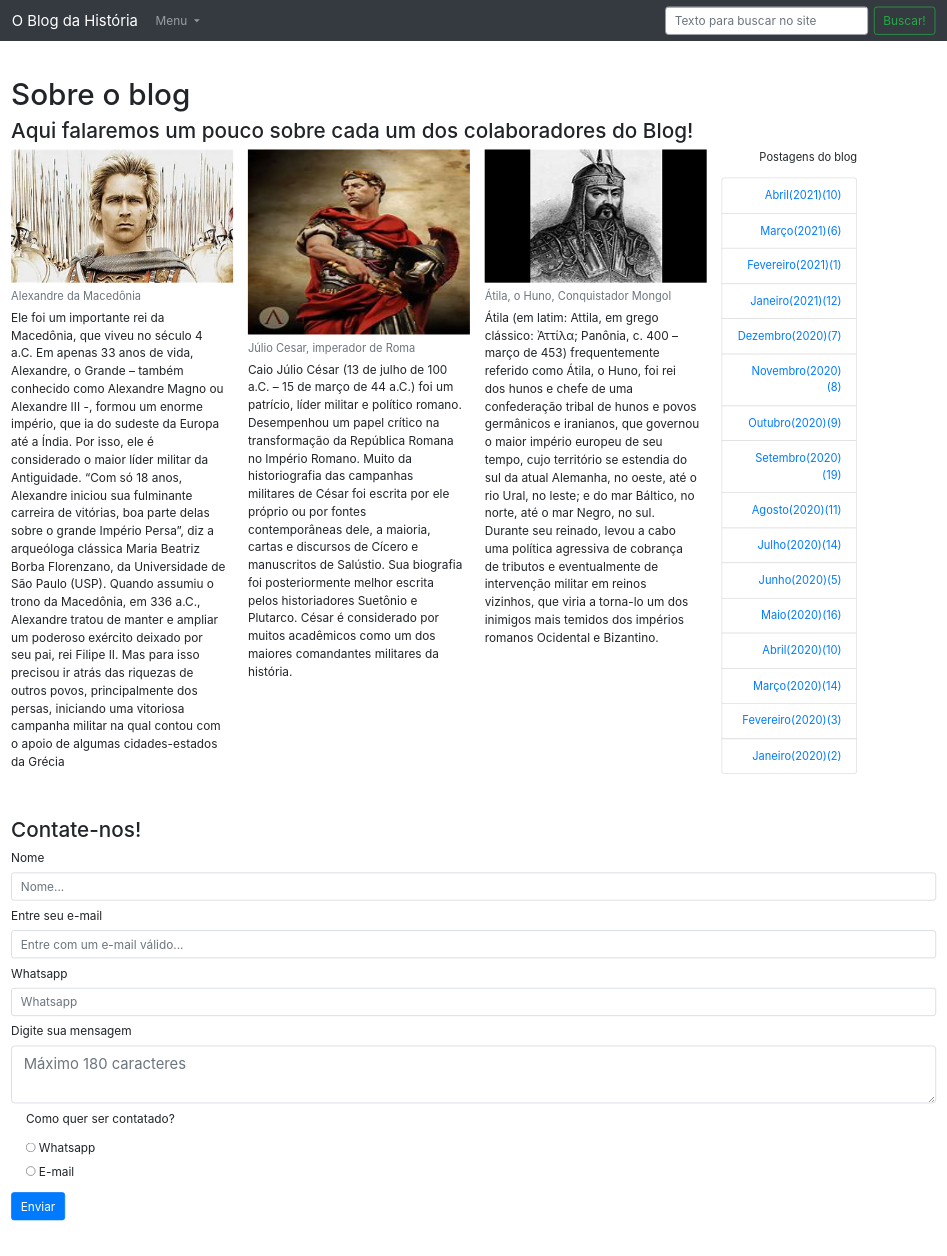
Repository: xhenrique/blog_layout_bootstrap
Page: source/sobre.html
The author's editor kept a copy of each file at every save. The page is drawn from the files as they stood at one save, then again after the next save.
The browser window is 1280 px wide. The pictures show the whole page, at 74% of full size.

Above is the page before, as saved 2021-04-25 03:31:31.

### source/sobre.html
<!DOCTYPE html>
<html lang="pt-br">
  <head>
    <!-- Meta tags Obrigatórias -->
    <meta charset="utf-8">
    <meta name="viewport" content="width=device-width, initial-scale=1, shrink-to-fit=no">

    <!-- Bootstrap CSS -->
    <link rel="stylesheet" href="https://stackpath.bootstrapcdn.com/bootstrap/4.1.3/css/bootstrap.min.css" integrity="sha384-MCw98/SFnGE8fJT3GXwEOngsV7Zt27NXFoaoApmYm81iuXoPkFOJwJ8ERdknLPMO" crossorigin="anonymous">
    <title>O Blog da História</title>
  </head>
  <body>
    <nav class="navbar navbar-expand-md navbar-dark bg-dark sticky-top">
        <a class = "navbar-brand" href="index.html">O Blog da História</a>

        <!--Especificações do que é cada um dos atributos!!!!!
            "aria-controls": define a relação entre os elementos, um elemento é pai e o outro filho, deve ser definido no pai, relacionando o filho;
            "data-target" : Define o que será exibido quando clicar na opção do menu;
            "data-toggle" : o que vai acontecer quando eu clicar em cima do botão, collapse, por exemplo, faz o botão expandir e retrair as opções;
            "aria-expanded" : Flag para o navegador informando que o elemento não está expandido;
            "aria-label" : é usado para definir uma string na tag do elemento atual.
        -->
        <button class="navbar-toggler" type="button" data-toggle="collapse" data-target="#navbarCfg" aria-controls="navbarCfg">
            <span class="navbar-toggler-icon"></span>
        </button>
        <div class="collapse navbar-collapse" id="navbarCfg">
            <ul class="navbar-nav mr-auto">
                <a class="nav-link dropdown-toggle" href="#" id="navbarDropdown" role="button" data-toggle="dropdown" aria-haspopup="true" aria-expanded="false">
                Menu
                </a>
                <div class="dropdown-menu" aria-labelledby="navbarDropdown">
                <a class="dropdown-item" href="index.html">Início</a>
                <a class="dropdown-item" href="sobre.html">Sobre</a>
                <a class="dropdown-item" href="posts.html">Postagens</a>
                <div class="dropdown-divider"></div>
                <p style="text-align: left; padding-left: 10px;"> Criado por: <br/>José Xavier<br/>UFPA - 2021</p>
                </div>
            </ul>
            <form class="form-inline my-2 my-lg-0">
            <input class="form-control mr-sm-2" type="search" placeholder="Texto para buscar no site" aria-label="Search">
            <button class="btn btn-outline-success my-2 my-sm-0" type="submit">Buscar!</button>
            </form>
        </div>
    </nav>

    <div class="container-fluid" id="sobreContainer">
        <div id="sobre_o_blog" class="text-left">
            <br/>
            <br/>
            <h1>Sobre o blog</h1>
            <h3>Aqui falaremos um pouco sobre cada um dos colaboradores do Blog!</h3>
        </div>
        <div class="row d-flex">
            <div class="col-md-3">
                <img class="figure-img" src="../img/alexandre.jpg" alt="Xandão"  style="height: 180px; width: 300px">
                <figcaption class="figure-caption" style="font-size: 15px; margin-bottom: 5px;">
                    Alexandre da Macedônia
                </figcaption>
                <p>Ele foi um importante rei da Macedônia, que viveu no século 4 a.C. Em apenas 33 anos de vida, Alexandre, o Grande – também conhecido como Alexandre Magno ou Alexandre III -, formou um enorme império, que ia do sudeste da Europa até a Índia. Por isso, ele é considerado o maior líder militar da Antiguidade. “Com só 18 anos, Alexandre iniciou sua fulminante carreira de vitórias, boa parte delas sobre o grande Império Persa”, diz a arqueóloga clássica Maria Beatriz Borba Florenzano, da Universidade de São Paulo (USP). Quando assumiu o trono da Macedônia, em 336 a.C., Alexandre tratou de manter e ampliar um poderoso exército deixado por seu pai, rei Filipe II. Mas para isso precisou ir atrás das riquezas de outros povos, principalmente dos persas, iniciando uma vitoriosa campanha militar na qual contou com o apoio de algumas cidades-estados da Grécia</p>
            </div>
            <div class="col-md-3">
                <img class="figure-img" src="../img/th.jfif" alt="imperador" style="height: 250px; width: 300px">
                <figcaption class="figure-caption" style="font-size: 15px; margin-bottom: 5px;">
                    Júlio Cesar, imperador de Roma
                </figcaption>
                <p>Caio Júlio César (13 de julho de 100 a.C. – 15 de março de 44 a.C.) foi um patrício, líder militar e político romano. Desempenhou um papel crítico na transformação da República Romana no Império Romano. Muito da historiografia das campanhas militares de César foi escrita por ele próprio ou por fontes contemporâneas dele, a maioria, cartas e discursos de Cícero e manuscritos de Salústio. Sua biografia foi posteriormente melhor escrita pelos historiadores Suetônio e Plutarco. César é considerado por muitos acadêmicos como um dos maiores comandantes militares da história.</p>
            </div>
            <div class="col-md-3">
                <img class="figure-img" src="../img/atila.jpg" alt="o_huno" style="height: 180px; width: 300px">
                <figcaption class="figure-caption" style="font-size: 15px; margin-bottom: 5px;">
                        Átila, o Huno, Conquistador Mongol
                </figcaption>
                <p>Átila (em latim: Attila, em grego clássico: Ἀττίλα; Panônia, c. 400 – março de 453) frequentemente referido como Átila, o Huno, foi rei dos hunos e chefe de uma confederação tribal de hunos e povos germânicos e iranianos, que governou o maior império europeu de seu tempo, cujo território se estendia do sul da atual Alemanha, no oeste, até o rio Ural, no leste; e do mar Báltico, no norte, até o mar Negro, no sul. Durante seu reinado, levou a cabo uma política agressiva de cobrança de tributos e eventualmente de intervenção militar em reinos vizinhos, que viria a torna-lo um dos inimigos mais temidos dos impérios romanos Ocidental e Bizantino.</p>
            </div>
                <div class="col-md-2">
                    <div class="text-right" style="font-size: 15px;">
                        <p>Postagens do blog</p>
                        <ul class="list-group">
                            <!--Javascript provavelmente entraria aqui, iterando sobre uma lista/matriz e exibindo a quantida de postagens por mês/ano-->
                            <li class="list-group-item"><a href="">Abril(2021)(10)</a></li>
                            <li class="list-group-item"><a href="">Março(2021)(6)</a></li>
                            <li class="list-group-item"><a href="">Fevereiro(2021)(1)</a></li>
                            <li class="list-group-item"><a href="">Janeiro(2021)(12)</a></li>
                            <li class="list-group-item"><a href="">Dezembro(2020)(7)</a></li>
                            <li class="list-group-item"><a href="">Novembro(2020)(8)</a></li>
                            <li class="list-group-item"><a href="">Outubro(2020)(9)</a></li>
                            <li class="list-group-item"><a href="">Setembro(2020)(19)</a></li>
                            <li class="list-group-item"><a href="">Agosto(2020)(11)</a></li>
                            <li class="list-group-item"><a href="">Julho(2020)(14)</a></li>
                            <li class="list-group-item"><a href="">Junho(2020)(5)</a></li>
                            <li class="list-group-item"><a href="">Maio(2020)(16)</a></li>
                            <li class="list-group-item"><a href="">Abril(2020)(10)</a></li>
                            <li class="list-group-item"><a href="">Março(2020)(14)</a></li>
                            <li class="list-group-item"><a href="">Fevereiro(2020)(3)</a></li>
                            <li class="list-group-item"><a href="">Janeiro(2020)(2)</a></li>
                        </ul>
                    </div>
                </div>
        </div>

        <form>
            <br/>
            <br/>

            <h3>
                Contate-nos!
            </h3>
            <div class="mb-2">
                <label for="nameInput" class="form-label">Nome</label>
                <input type="text" placeholder="Nome..." class="form-control" id="nameInput"  required>
            </div>
            <div class="mb-2">
                <label for="inputEmail" class="form-label">Entre seu e-mail</label>
                <input type="email" placeholder="Entre com um e-mail válido..." class="form-control" id="inputEmail"  required>
            </div>
              <div class="mb-2">
                <label for="wppInput" class="form-label">Whatsapp</label>
                <input type="tel" placeholder="Whatsapp" class="form-control" id="wppInput">
              </div>
              <div class="mb-2">
                <label for="msgInput" class="form-label">Digite sua mensagem</label>
                <textarea type="text" placeholder="Máximo 180 caracteres" maxlength="180" class="form-control form-control-lg" id="msgInput"></textarea>
              </div>
              <div class="mb-2 form-check">
                  <p style="margin-bottom: 0 auto;">Como quer ser contatado?</p>
                  <input type="radio" id="wpp" name="whatsapp" value="Whatsapp">
                  <label for="wpp">Whatsapp</label><br>
                  <input type="radio" id="e-mail" name="email" value="E-mail">
                  <label for="e-mail">E-mail</label><br>
              </div>
              <button class="btn btn-primary" type="submit" aria-label="btnSubmmit">Enviar</button>
              <br>
              <br>
              <br>
        </form>
    </div>


    <!-- JavaScript (Opcional) -->
    <!-- jQuery primeiro, depois Popper.js, depois Bootstrap JS -->
    <script src="https://code.jquery.com/jquery-3.3.1.slim.min.js" integrity="sha384-q8i/X+965DzO0rT7abK41JStQIAqVgRVzpbzo5smXKp4YfRvH+8abtTE1Pi6jizo" crossorigin="anonymous"></script>
    <script src="https://cdnjs.cloudflare.com/ajax/libs/popper.js/1.14.3/umd/popper.min.js" integrity="sha384-ZMP7rVo3mIykV+2+9J3UJ46jBk0WLaUAdn689aCwoqbBJiSnjAK/l8WvCWPIPm49" crossorigin="anonymous"></script>
    <script src="https://stackpath.bootstrapcdn.com/bootstrap/4.1.3/js/bootstrap.min.js" integrity="sha384-ChfqqxuZUCnJSK3+MXmPNIyE6ZbWh2IMqE241rYiqJxyMiZ6OW/JmZQ5stwEULTy" crossorigin="anonymous"></script>
  </body>
</html>

After the next save:
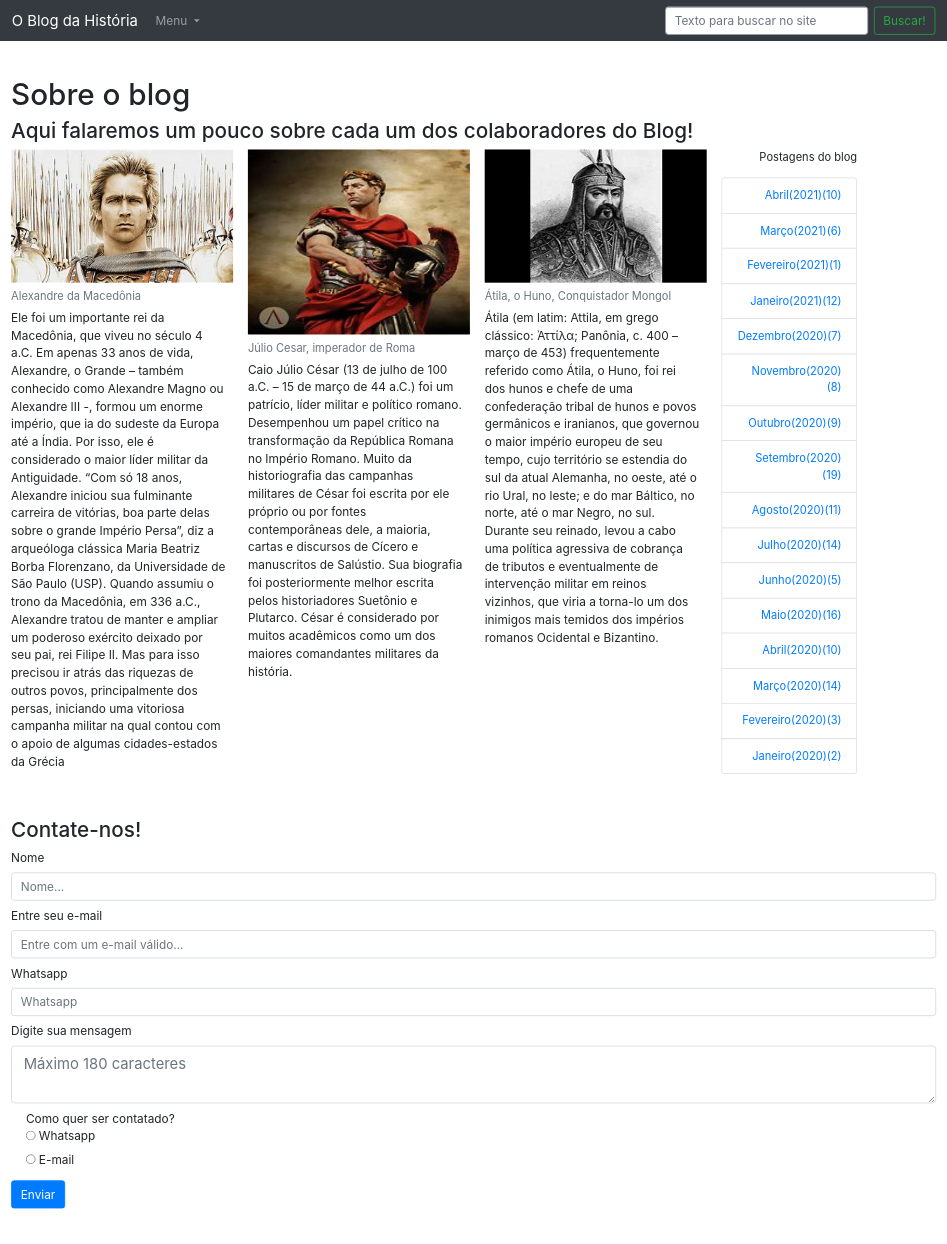
Saved 11 s later.
--- a/source/sobre.html
+++ b/source/sobre.html
@@ -122,7 +122,7 @@
                 <textarea type="text" placeholder="Máximo 180 caracteres" maxlength="180" class="form-control form-control-lg" id="msgInput"></textarea>
               </div>
               <div class="mb-2 form-check">
-                  <p style="margin-bottom: 0 auto;">Como quer ser contatado?</p>
+                  <p style="margin: 0 auto;">Como quer ser contatado?</p>
                   <input type="radio" id="wpp" name="whatsapp" value="Whatsapp">
                   <label for="wpp">Whatsapp</label><br>
                   <input type="radio" id="e-mail" name="email" value="E-mail">

After the save that followed:
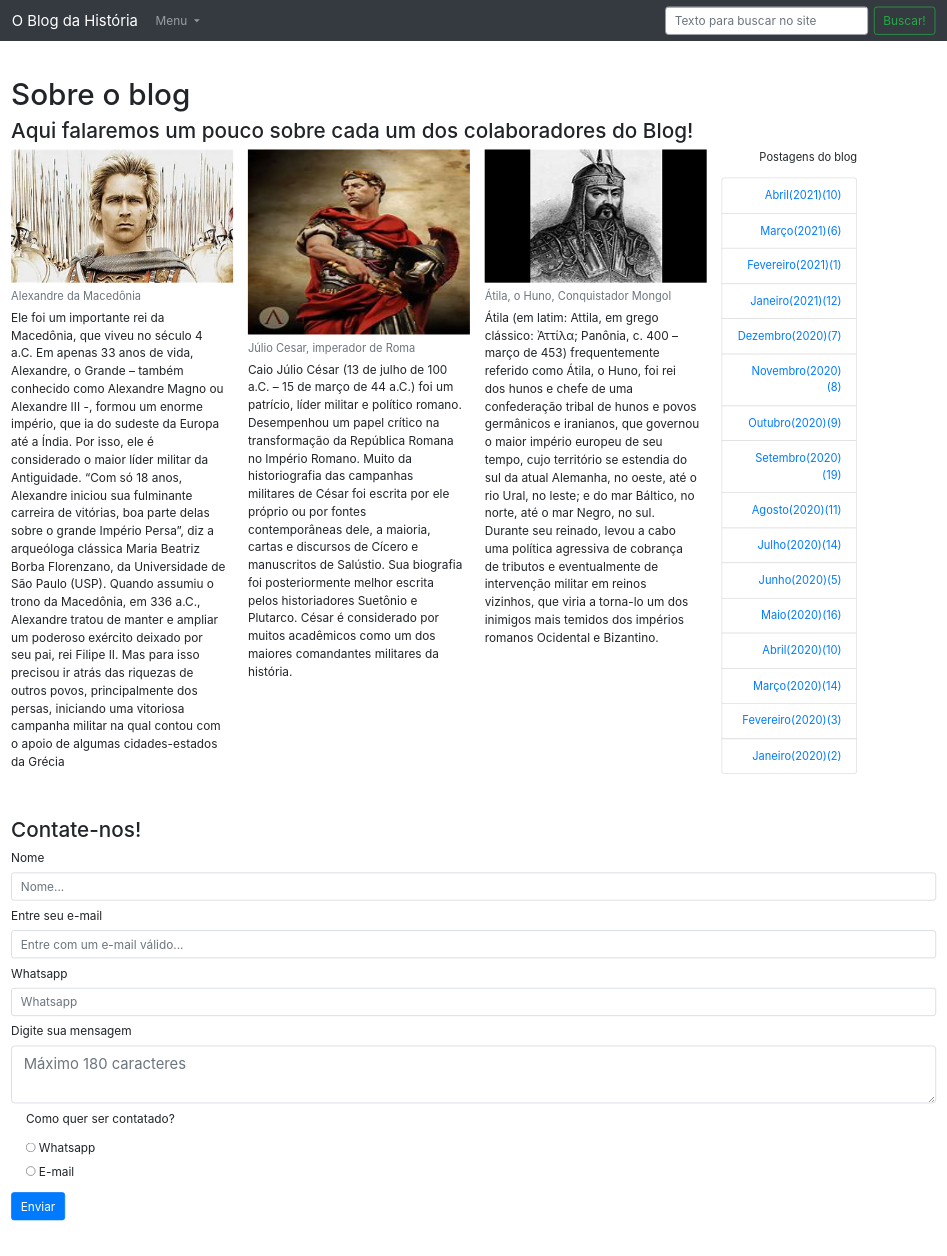
Saved 5 s later.
--- a/source/sobre.html
+++ b/source/sobre.html
@@ -122,7 +122,7 @@
                 <textarea type="text" placeholder="Máximo 180 caracteres" maxlength="180" class="form-control form-control-lg" id="msgInput"></textarea>
               </div>
               <div class="mb-2 form-check">
-                  <p style="margin: 0 auto;">Como quer ser contatado?</p>
+                  <p style="margin: 2 auto;">Como quer ser contatado?</p>
                   <input type="radio" id="wpp" name="whatsapp" value="Whatsapp">
                   <label for="wpp">Whatsapp</label><br>
                   <input type="radio" id="e-mail" name="email" value="E-mail">
